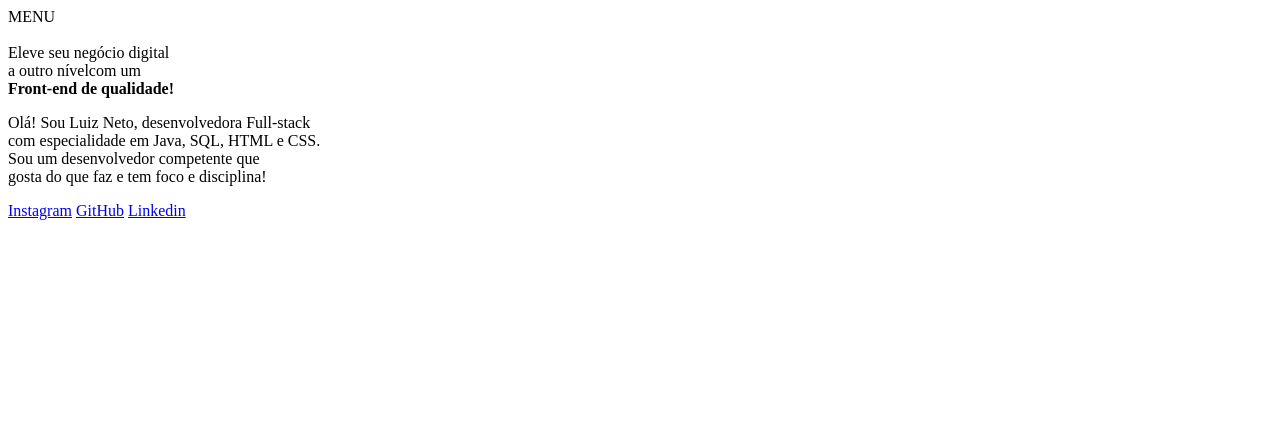
Repository: luiz123098/Sobre-mim-em-HTM-CSS
Page: htmlcss.html
These files come from the project's save history. The page is drawn as it stood at one moment and after the next save; the edit follows.
The browser window is 1280 px wide. The pictures show the whole page.

Above is the page before, as saved 2023-03-08 08:34:04.

After the next save:
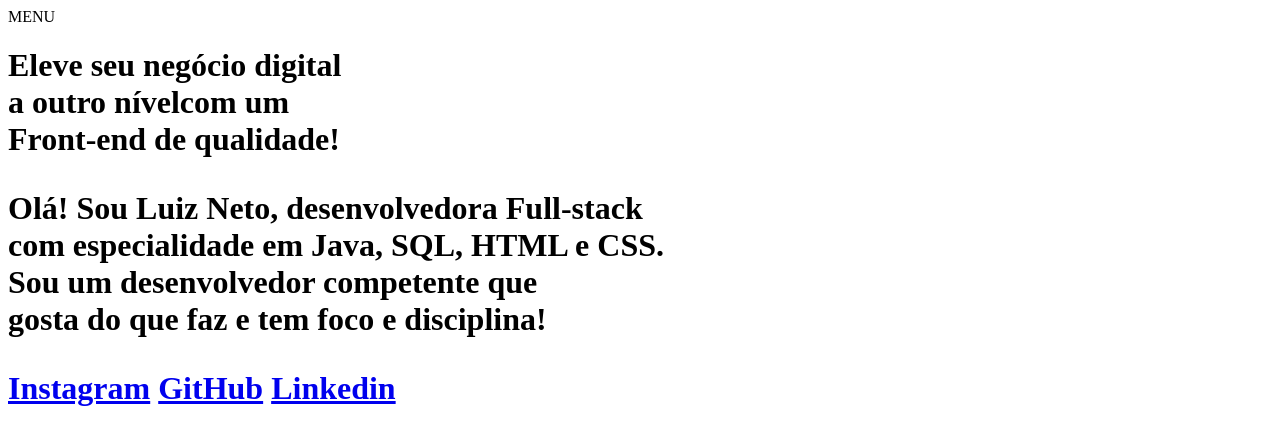
Saved 6 min 6 s later.
--- a/htmlcss.html
+++ b/htmlcss.html
@@ -9,7 +9,7 @@
 <body>
     <header>MENU</header>
     <main>
-        <br>
+        <h1>
             Eleve seu negócio digital<br>
             a outro nívelcom um<br>
             <strong>
@@ -27,6 +27,7 @@
                 GitHub</a>
             <a href="https://www.linkedin.com/in/luiz-neto-alencar-b843651a9/">
                 Linkedin</a>
+
         </h1>
     </main>
     <footer>
